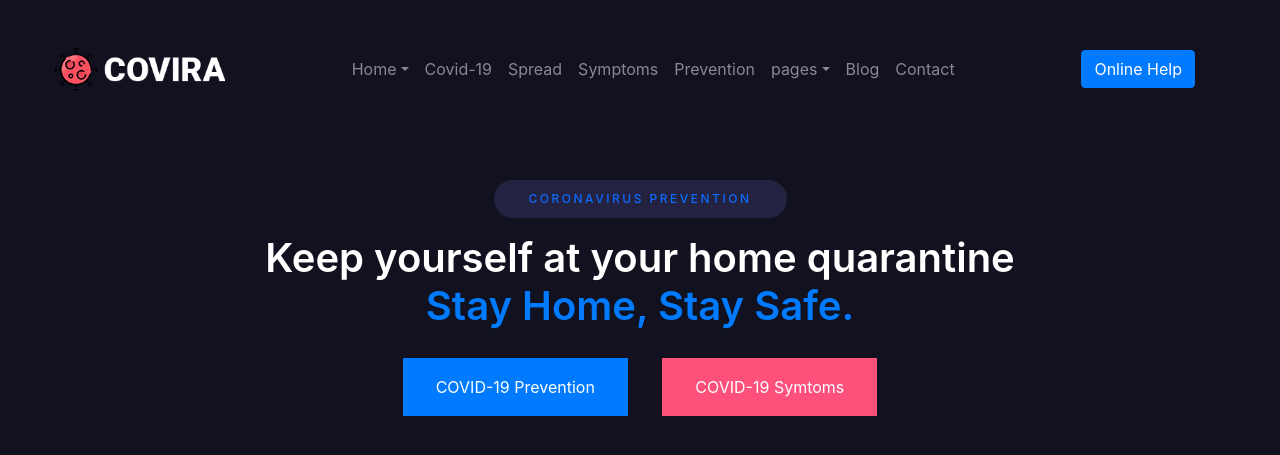
Repository: sitikhusushan/corona_updates
Page: index.html
These files come from the project's save history. The page is drawn as it stood at one moment and after the next save; the edit follows.
The browser window is 1280 px wide. The pictures show the whole page.

Above is the page before, as saved 2020-06-05 11:07:22.

After the next save:
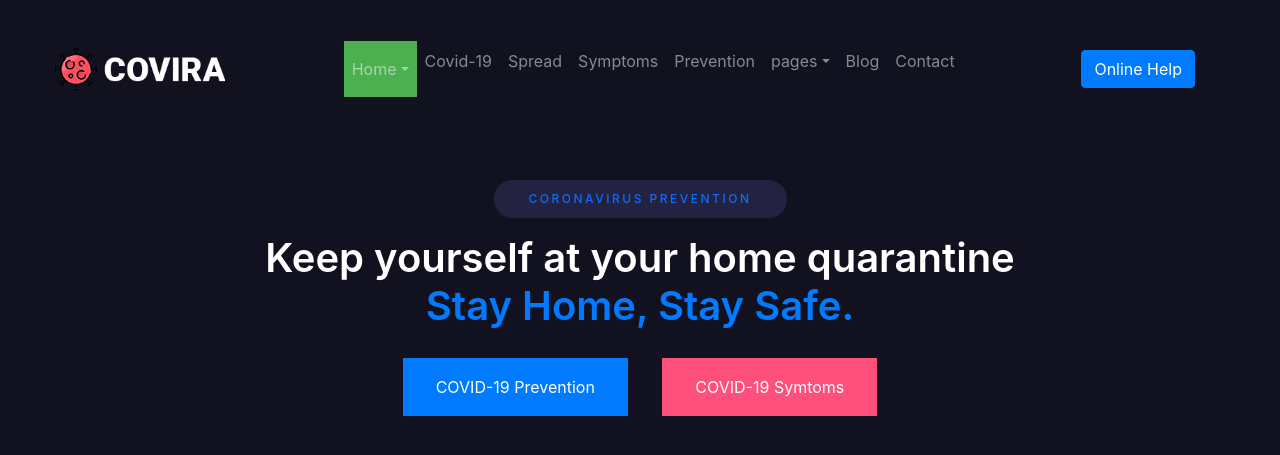
Saved 58 s later.
--- a/style.css
+++ b/style.css
@@ -23,6 +23,14 @@
 
 .navbar .navbar-nav .nav-item .dropdown-menu a.dropdown-item:hover {
   background-color: hotpink;
+}
+
+.dropbtn {
+  background-color: #4caf50;
+  color: white;
+  padding: 16px;
+  font-size: 16px;
+  border: none;
 }
 
 .nav-item .nav-link a {

After the save that followed:
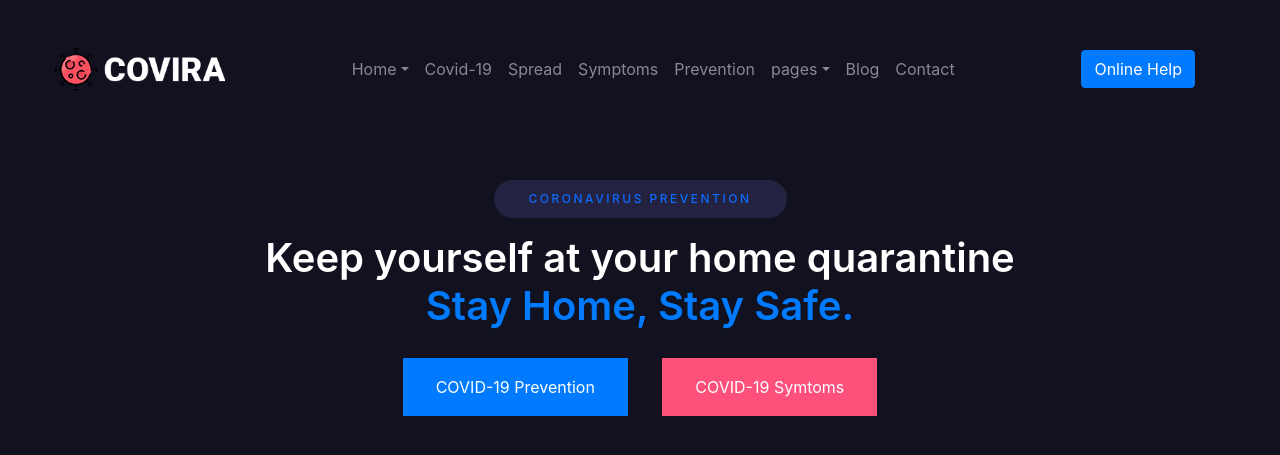
Saved 41 s later.
--- a/style.css
+++ b/style.css
@@ -25,13 +25,13 @@
   background-color: hotpink;
 }
 
-.dropbtn {
+/* .dropbtn {
   background-color: #4caf50;
   color: white;
   padding: 16px;
   font-size: 16px;
   border: none;
-}
+} */
 
 .nav-item .nav-link a {
   font-weight: 500;
